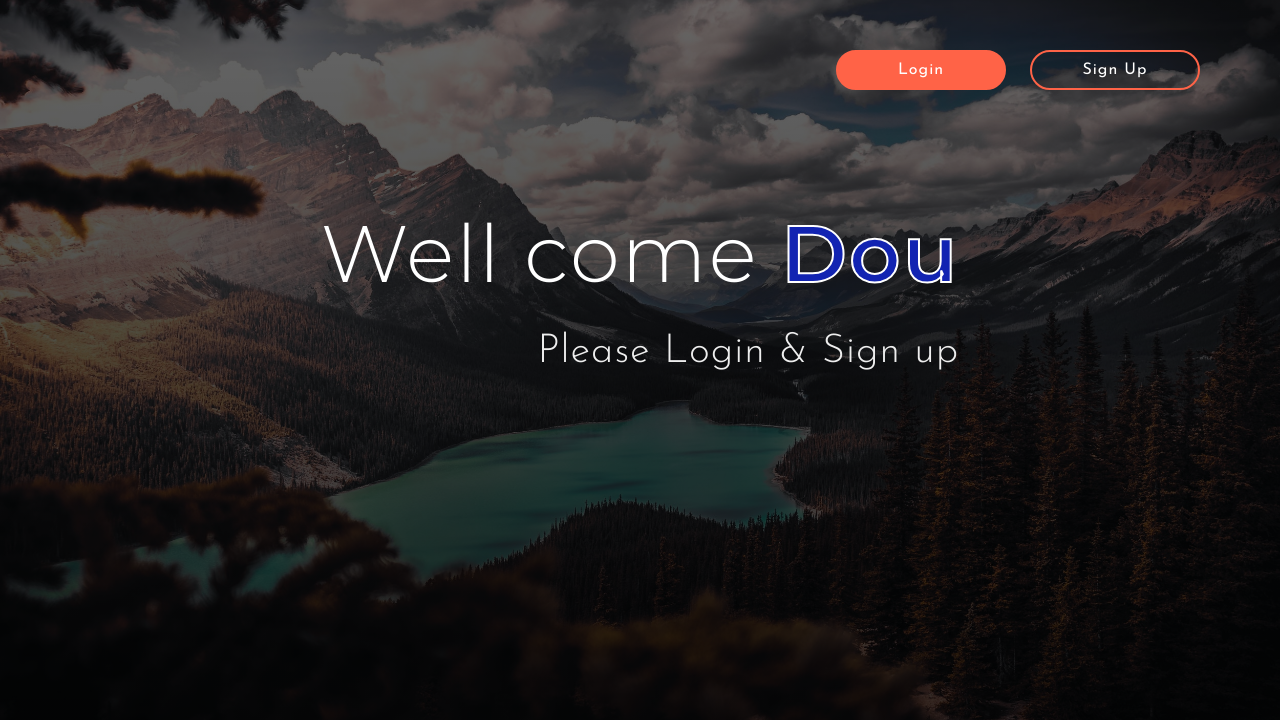
Repository: motamedipour2022/javascript_project
Page: model_form1/index.html
These files come from the project's save history. The page is drawn as it stood at one moment and after a run of saves; the edit follows.
The browser window is 1280 px wide. The pictures show the whole page.
Some web libraries are served in a nearby version.

Above is the page before, as saved 2022-12-20 12:28:33.

### model_form1/index.html
<!DOCTYPE html>
<html lang="en">
  <head>
    <meta charset="UTF-8" />
    <meta name="viewport" content="width=device-width, initial-scale=1.0" />
    <meta http-equiv="X-UA-Compatible" content="ie=edge" />
    <link
      rel="stylesheet"
      href="https://use.fontawesome.com/releases/v5.8.1/css/all.css"
      integrity="sha384-50oBUHEmvpQ+1lW4y57PTFmhCaXp0ML5d60M1M7uH2+nqUivzIebhndOJK28anvf"
      crossorigin="anonymous"
    />
    <link
      href="https://fonts.googleapis.com/css?family=Josefin+Sans:300,400,600|Montserrat:300,400,600"
      rel="stylesheet"
    />
    <link rel="stylesheet" href="style.css" />
    <title>Form</title>
  </head>
  <body>
    <div class="container">
      <div class="banner-text">
        <h1>Well come <span>Dou</span></h1>
        <p>Please Login & Sign up</p>
      </div>
      <div class="btns">
        <button class="btn login-btn">Login</button>
        <button class="btn signup-btn">Sign Up</button>
      </div>
      <div class="form-container">
        <div class="signup-form-wrapper modal">
          <div class="x-btn signup-x">
            &times;
          </div>
          <div class="form-header">
            <h1>CodeAndCreate</h1>
            <h3>Join Us</h3>
          </div>
          <form class="form">
            <div class="input-group">
              <i class="fas fa-user"></i>
              <input type="text" placeholder="Username" />
            </div>
            <div class="input-group">
              <i class="far fa-envelope"></i>
              <input type="email" placeholder="Email" />
            </div>
            <div class="input-group">
              <i class="fas fa-key"></i>
              <input type="password" placeholder="Password" />
            </div>
            <button type="button">Sign Up</button>
          </form>
        </div>
        <div class="login-form-wrapper modal">
          <div class="x-btn login-x">
            &times;
          </div>
          <div class="form-header">
            <h1>CodeAndCreate</h1>
            <h3>Login</h3>
          </div>
          <form class="form">
            <div class="input-group">
              <i class="fas fa-user"></i>
              <input type="text" placeholder="Username" />
            </div>
            <div class="input-group">
              <i class="fas fa-key"></i>
              <input type="password" placeholder="Password" />
            </div>
            <button type="button">Login</button>
          </form>
        </div>
      </div>
    </div>
    <script src="script.js"></script>
  </body>
</html>

### model_form1/style.css
* {
  margin: 0;
  padding: 0;
}

.container {
  width: 100%;
  height: 100vh;
  background: linear-gradient(rgba(0, 0, 0, 0.6), rgba(0, 0, 0, 0.8)),
    url(images/bg.jpg) center no-repeat;
  background-size: cover;
}

.banner-text {
  position: absolute;
  top: 40%;
  left: 50%;
  transform: translate(-50%, -50%);
}

.banner-text h1 {
  color: #fff;
  font-family: "Montserrat", sans-serif;
  font-size: 80px;
  font-weight: 300;
  letter-spacing: 2px;
  margin-bottom: 30px;
}
.banner-text h1 span{
  color: rgb(18, 36, 178);
  font-weight: 800;
  -webkit-text-stroke: 2px white;
}
.banner-text p {
  color: #eee;
  font-family: "Josefin sans", sans-serif;
  font-size: 40px;
  font-weight: 300;
  letter-spacing: 1px;
  text-align: right;
}

.btns {
  position: absolute;
  top: 50px;
  right: 60px;
}

.btn {
  width: 170px;
  padding: 10px 15px;
  margin-right: 20px;
  border-radius: 50px;
  font-family: "Josefin Sans", sans-serif;
  font-size: 16px;
  letter-spacing: 1px;
  outline: none;
  cursor: pointer;
  color: #fff;
  border: 2px solid tomato;
  transition: transform 0.3s;
}

.login-btn {
  background-color: tomato;
}

.signup-btn {
  background-color: transparent;
}

.btn:hover {
  transform: translateY(-2px);
}

.btn:active {
  transform: translateY(0);
}

.form-container {
  position: fixed;
  background-color: rgba(0, 0, 0, 0.7);
  top: 0;
  right: 0;
  bottom: 0;
  left: 0;
  opacity: 0;
  visibility: hidden;
  transition: all 0.5s;
}

.disable {
  opacity: 1;
  visibility: visible;
}

.modal {
  width: 400px;
  background: linear-gradient(rgba(148, 42, 42, 0.8), rgba(185, 129, 129, 0.6)),
    url(images/bg.jpg) center no-repeat;
  background-size: cover;
  position: absolute;
  top: 50%;
  left: 50%;
  transform: translate(-50%, -50%);
  border-radius: 20px;
  opacity: 0;
  visibility: hidden;
  transition: all 0.5s;
}

.display {
  opacity: 1;
  visibility: visible;
}

.x-btn {
  position: absolute;
  right: 20px;
  font-size: 50px;
  color: #222;
  cursor: pointer;
}

.form-header {
  text-align: center;
  margin: 80px 0 150px 0;
  color: #fff;
}

.form-header h1 {
  font-family: "Josefin Sans", sans-serif;
  font-size: 40px;
  font-weight: 300;
  margin-bottom: 30px;
}

.form-header h3 {
  font-family: "Montserrat", sans-serif;
  font-size: 25px;
  font-weight: 300;
  text-transform: uppercase;
}

.form {
  display: flex;
  flex-direction: column;
  align-items: center;
}

.input-group {
  margin-bottom: 10px;
  position: relative;
}

.input-group input {
  width: 250px;
  padding: 15px 15px 15px 50px;
  border: none;
  outline: none;
  border-radius: 30px;
  background: rgba(0, 0, 0, 0.6);
  font-family: "Josefin Sans", sans-serif;
  font-size: 16px;
  color: #ddd;
}

.input-group i {
  position: absolute;
  top: 13px;
  left: 17px;
  font-size: 18px;
  color: #aaa;
}

.form button {
  width: 310px;
  padding: 12px;
  border: none;
  outline: none;
  border-radius: 30px;
  background-color: #d867d8;
  color: #fff;
  font-family: "Josefin Sans", sans-serif;
  font-size: 16px;
  text-transform: uppercase;
  margin: 10px 0 50px 0;
  box-shadow: 0 5px 20px rgba(0, 0, 0, 0.4);
  cursor: pointer;
  transition: all 0.3s;
}

.form button:hover {
  transform: translateY(-2px);
  box-shadow: 0 8px 25px rgba(0, 0, 0, 0.3);
}
.form button:active {
  transform: translateY(0);
}

### model_form1/script.js
const signupModal = document.querySelector(".signup-form-wrapper");
const loginModal = document.querySelector(".login-form-wrapper");
const signupBtn = document.querySelector(".signup-btn");
const loginBtn = document.querySelector(".login-btn");
const signupX = document.querySelector(".signup-x");
const loginX = document.querySelector(".login-x");
const formContainer = document.querySelector(".form-container");

signupBtn.addEventListener("click", () => {
  signupModal.classList.add("display");
  formContainer.classList.add("disable");
});

loginBtn.addEventListener("click", () => {
  loginModal.classList.add("display");
  formContainer.classList.add("disable");
});

signupX.addEventListener("click", () => {
  signupModal.classList.remove("display");
  formContainer.classList.remove("disable");
});

loginX.addEventListener("click", () => {
  loginModal.classList.remove("display");
  formContainer.classList.remove("disable");
});

After the next 3 saves:
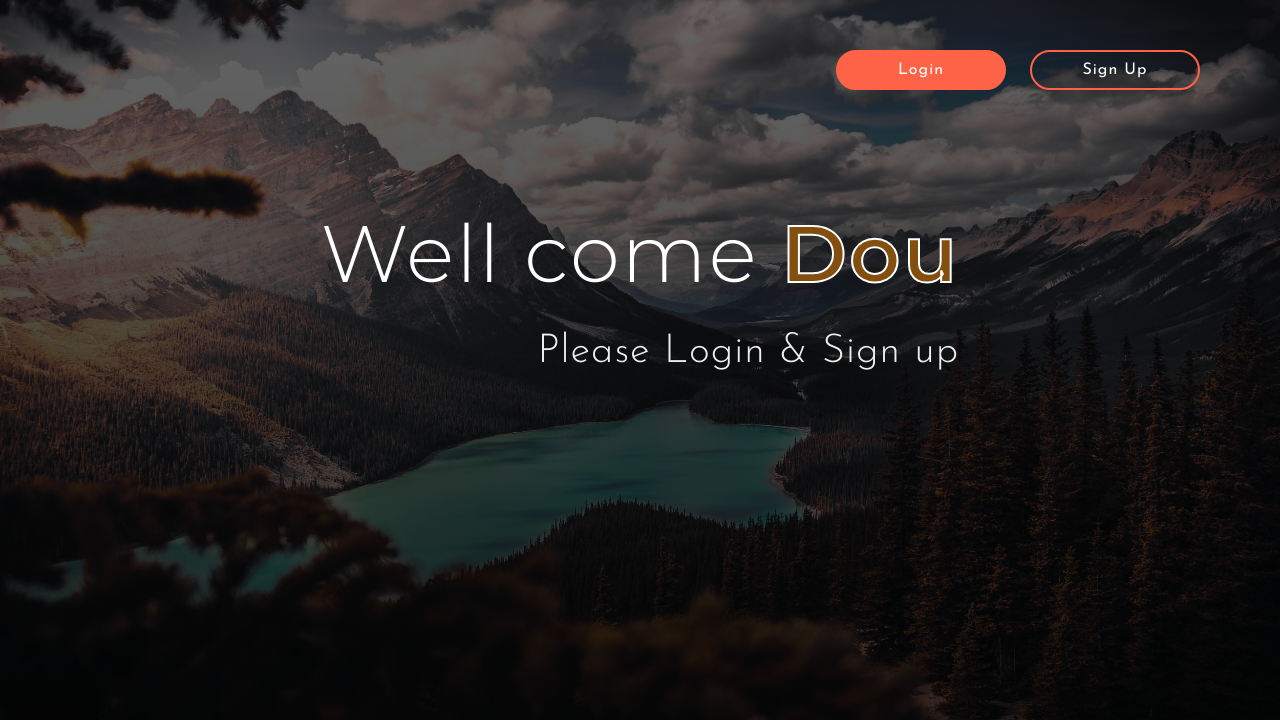
The 3 saves are shown as one change because they came seconds apart.
The last was saved 10 s later.
--- a/model_form1/style.css
+++ b/model_form1/style.css
@@ -27,7 +27,7 @@
   margin-bottom: 30px;
 }
 .banner-text h1 span{
-  color: rgb(18, 36, 178);
+  color: rgb(131, 78, 14);
   font-weight: 800;
   -webkit-text-stroke: 2px white;
 }
